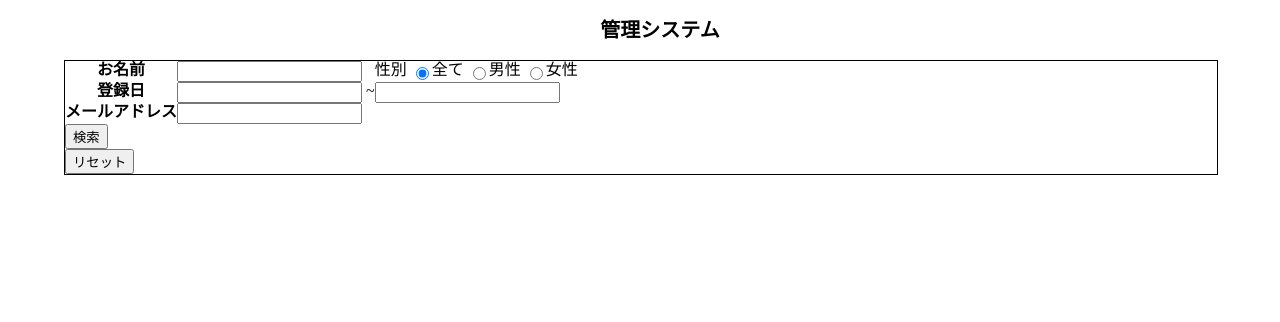
Repository: masanarimiura/20220723_miura_advance_test
Page: http://localhost/manage
These files come from the project's save history. The page is drawn as it stood at one moment and after a run of saves; the edit follows.
The browser window is 1280 px wide. The pictures show the whole page.
The page is served by the project's Laravel application, run on PHP 8.4 with Laravel 8. Other server files are loaded and not shown.

Above is the page before, as saved 2022-07-19 20:22:55.

### routes/web.php
<?php

use Illuminate\Support\Facades\Route;
use App\Http\Controllers\ContactController;


Route::get('/', [ContactController::class, 'index']);
Route::post('/', [ContactController::class, 'input']);
Route::get('/confirm', [ContactController::class, 'retype']);
Route::post('/confirm', [ContactController::class, 'store']);
Route::get('/thanks', [ContactController::class, 'thanks']);
Route::get('/manage', [ContactController::class, 'manage']);

### app/Http/Controllers/ContactController.php
<?php

namespace App\Http\Controllers;

use Illuminate\Http\Request;
use App\Models\Contact;
use App\Http\Requests\ClientRequest;

class ContactController extends Controller
{
    public function index()
    {
        return view('index');
    }

    public function input(ClientRequest $request)
    {
        return view('confirm',$request);
    }

    public function retype(Request $request)
    {
        return redirect('/')->withInput();
    }

    public function store(Request $request)
    {
        // 登録処理
        return view('thanks');
    }

    public function thanks()
    {
        return view('thanks');
    }

    public function manage()
    {
        return view('manage');
    }



    // public function search(Request $request)
    // {
    //     $item = Contact::find($request->input);
    //     $param = [
    //         'item' => $item,
    //         'input' => $request->input
    //     ];
    //     return view('find', $param);
    // }
}

### resources/views/manage.blade.php
<!DOCTYPE html>
<html lang="ja">

<head>
  <meta charset="UTF-8">
  <meta name="viewport" content="width=device-width, initial-scale=1.0">
  <meta http-equiv="X-UA-Compatible" content="ie=edge">
  <title>advance_test</title>
  <style>
    html, body, div, span, object, iframe,
h1, h2, h3, h4, h5, h6, p, blockquote, pre,
abbr, address, cite, code,
del, dfn, em, img, ins, kbd, q, samp,
small, strong, sub, sup, var,
b, i,
dl, dt, dd, ol, ul, li,
fieldset, form, label, legend,
table, caption, tbody, tfoot, thead, tr, th, td,
article, aside, canvas, details, figcaption, figure,
footer, header, hgroup, menu, nav, section, summary,
time, mark, audio, video {
    margin:0;
    padding:0;
    border:0;
    outline:0;
    font-size:100%;
    vertical-align:baseline;
    background:transparent;
}

body {
    line-height:1;
}

article,aside,details,figcaption,figure,
footer,header,hgroup,menu,nav,section {
    display:block;
}

nav ul {
    list-style:none;
}

blockquote, q {
    quotes:none;
}

blockquote:before, blockquote:after,
q:before, q:after {
    content:'';
    content:none;
}

a {
    margin:0;
    padding:0;
    font-size:100%;
    vertical-align:baseline;
    background:transparent;
}

/* change colours to suit your needs */
ins {
    background-color:#ff9;
    color:#000;
    text-decoration:none;
}

/* change colours to suit your needs */
mark {
    background-color:#ff9;
    color:#000;
    font-style:italic;
    font-weight:bold;
}

del {
    text-decoration: line-through;
}

abbr[title], dfn[title] {
    border-bottom:1px dotted;
    cursor:help;
}

table {
    border-collapse:collapse;
    border-spacing:0;
}

/* change border colour to suit your needs */
hr {
    display:block;
    height:1px;
    border:0;
    border-top:1px solid #cccccc;
    margin:1em 0;
    padding:0;
}

input, select {
    vertical-align:middle;
}
/* ここまでreset.css */
.manage {
  width:90%;
  margin: 0 auto;
}
.manage h2{
  text-align:center;
  padding: 20px;
  font-size:20px;
  width: 100%;
}
.system {
  width:100%;
  border:solid 1px black;
}
.search-gender p {
  display: inline;
}


.show-data {
  width:100%;
}
  </style>
</head>

<body>
  <div class="manage">
    <h2>管理システム</h2>
    <div class="system">
      <form action="">
        <table>
          @csrf
          <tr>
            <th>お名前</th>
            <td>
              <input type="text" name="full_name-search" value="" >
            </td>
            <td class="search-gender">
              <p>性別</p>
              <input type="radio" name="gender" value="全て" checked class="check-box">全て
              <input type="radio" name="gender" value="男性" class="check-box">男性
              <input type="radio" name="gender" value="女性" class="check-box">女性
            </td>
          </tr>
          <tr>
            <th>登録日</th>
            <td>
              <input type="text" name="begin-search-date" value="" >
              <span>~</span>
            </td>
            <td>
              <input type="text" name="end-search-date" value="" >
            </td>
          </tr>
          <tr>
            <th>メールアドレス</th>
            <td>
              <input type="text" name="email-search" value="" >
            </td>
          </tr>
        </table>
        <div class="submit-box">
          <button type="submit" class="submit-btn">検索</button>
        </div>
        <div class="submit-box">
          <button type="submit" formmethod="get" class="return-btn">リセット</button>
        </div>
      </form>
    </div>


    <div class="show-data">
    </div>
  </div>
</body>
</html>

<script>

</script>

Loaded but not shown: app/Providers/AppServiceProvider.php (common file); app/Http/Controllers/Controller.php (common file)

After the next 3 saves:
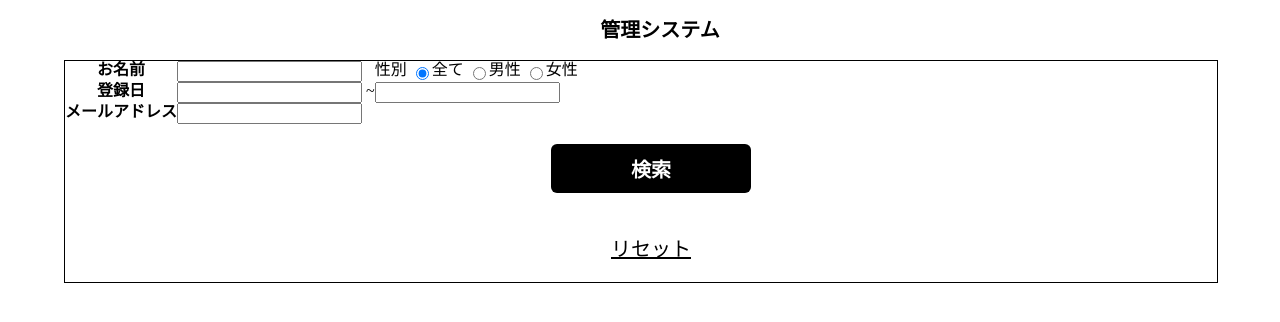
The 3 saves are shown as one change because they came seconds apart.
The last was saved 31 s later.
--- a/resources/views/manage.blade.php
+++ b/resources/views/manage.blade.php
@@ -121,6 +121,46 @@ input, select {
 }
 
 
+
+
+.submit-box {
+  text-align:center;
+  padding: 10px;
+  font-size:20px;
+  width: 100%;
+}
+.submit-btn{
+  border-radius: 6px;
+  margin: 10px auto 0;
+  padding-top: 10px;
+  padding-bottom: 10px;
+  width: 200px;
+  display: block;
+  background: black;
+  color: #fff;
+  font-weight: bold;
+  font-size: 20px;
+  border: none;
+  cursor: pointer;
+}
+.return-btn{
+  border: none;
+  margin: 10px auto 0;
+  padding-top: 10px;
+  padding-bottom: 10px;
+  display: block;
+  background: #fff;
+  color: black;
+  font-size: 20px;
+  text-decoration:underline;
+  cursor: pointer;
+}
+
+
+
+
+
+
 .show-data {
   width:100%;
 }
